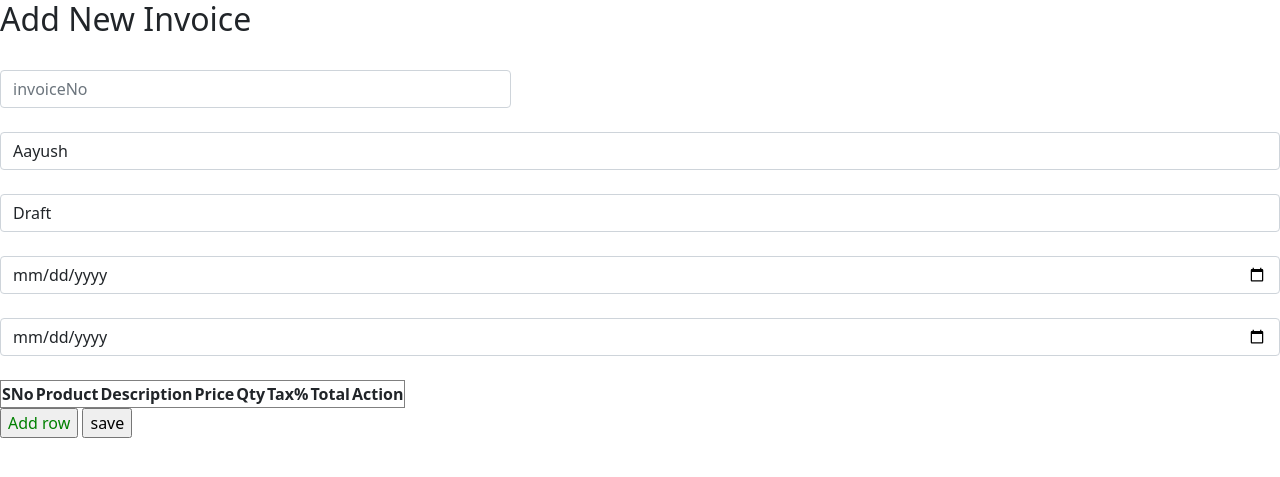
Repository: Aayush13013/Invoice_Management_app
Page: http://localhost/invoiceInfo/WEB-INF/jsp/new_invoiceInfo.jsp
The author's editor kept a copy of each file at every save. The page is drawn from the files as they stood at one save, then again after a run of saves.
The browser window is 1280 px wide. The pictures show the whole page.
The page is served by Tomcat 9. Nobody is signed in. Other server files are loaded and not shown. The template is opened directly, without the code that normally fills it, so the values that code supplies are empty.

Above is the page before, as saved 2021-12-27 15:52:08.

### invoiceInfo/invoiceInfo/src/main/webapp/WEB-INF/jsp/new_invoiceInfo.jsp
<%@ page language="java" contentType="text/html; charset=ISO-8859-1"
    pageEncoding="ISO-8859-1"%>
    <%@ taglib prefix="form" uri="http://www.springframework.org/tags/form"%>
	<%@ taglib prefix="c" uri="http://java.sun.com/jsp/jstl/core"%>


	<!DOCTYPE html>
<html>

<head>
    <meta charset="ISO-8859-1">
    <title>Add New Invoice</title>
    <link href="https://cdn.jsdelivr.net/npm/bootstrap@5.0.2/dist/css/bootstrap.min.css" rel="stylesheet"
        integrity="sha384-EVSTQN3/azprG1Anm3QDgpJLIm9Nao0Yz1ztcQTwFspd3yD65VohhpuuCOmLASjC" crossorigin="anonymous">


</head>

<body>
    <script>
        function addRows(id) {
            var table = document.getElementById(id);
            var array=["Computer","Mobile","PenDrive","Mouse"];

            var rowCount = table.rows.length;
            var row = table.insertRow(rowCount);
            var counts = rowCount-1;


            var cell0 = row.insertCell(0);
            cell0.innerHTML = rowCount ;


            var cell1 = row.insertCell(1);
            var element1 = document.createElement("select");
            element1.name="listOfProducts["+counts+"].productName";
            for(var i=0; i<array.length;i++){
            	var option = document.createElement("option");
            	option.value=array[i];
            	option.text=array[i];
            	element1.appendChild(option);
            }
            cell1.appendChild(element1);


            var cell2 = row.insertCell(2);
            var element2 = document.createElement("textarea");
            element2.type = "text";
            element2.name="listOfProducts["+counts+"].description";
            cell2.appendChild(element2);

            var cell3 = row.insertCell(3);
            var element3 = document.createElement("input");
            element3.type = "number";
            element3.name="listOfProducts["+counts+"].price";
            cell3.appendChild(element3);

            var cell4 = row.insertCell(4);
            var element4 = document.createElement("input");
            element4.type = "number";
            element4.name="listOfProducts["+counts+"].qty";
            cell4.appendChild(element4);

            var cell5 = row.insertCell(5);
            var element5 = document.createElement("input");
            element5.type = "number";
            element5.name="listOfProducts["+counts+"].taxPercent";
            cell5.appendChild(element5);

            var cell6 = row.insertCell(6);
            var element6 = document.createElement("input");
            element6.type = "number";
            element6.name="listOfProducts["+counts+"].total";
            cell6.appendChild(element6);


        }
    </script>


    <h2>Add New Invoice</h2><br>



    <form:form action="/saveInvoice" modelAttribute="invoiceInfo" method="POST">
        <form:hidden path="id" placeholder="id" class="form-control mb-4 col-4" />
		<div class="form-row">
		<div class="form-group col-md-2">
        <form:input type="text" path="invoiceNo" placeholder="invoiceNo" class="form-control mb-4 col-4" style="width:511px;"/>
		</div>
		</div>
        <form:select path="billTo"  class="form-control mb-4 col-4" required="required" >
        	<optgroup label="Select_Customer">
	        	<form:option value="Aayush"></form:option>
	        	<form:option value="Shridhar"></form:option>
	        	<form:option value="Suneel"></form:option>
	        	<form:option value="Lekhana"></form:option>
        	</optgroup>
        </form:select>

        <form:select  path="status" class="form-control mb-4 col-4" >
	        <optgroup label="Select_Status">
	        	<form:option value="Draft"></form:option>
	        	<form:option value="Sent"></form:option>
	        	<form:option value="Paid"></form:option>
        	</optgroup>
        </form:select>

        <form:input type="date" path="invoiceDate" placeholder="invoiceDate" class="form-control mb-4 col-4" />

        <form:input type="date" path="dueDate" placeholder="dueDate" class="form-control mb-4 col-4" />

        <table id="myTable"  border="1">
            <thead>
                <tr>
                    <th>SNo</th>
                    <th>Product</th>
                    <th>Description</th>
                    <th>Price</th>
                    <th>Qty</th>
                    <th>Tax%</th>
                    <th>Total</th>
                    <th>Action</th>
                </tr>

            </thead>

        </table>
        <input type="button" value="Add row" onclick="addRows('myTable')" style="color:green;" />
        <input type="submit" value="save" />
    </form:form>
</body>

</html>

After the next 2 saves:
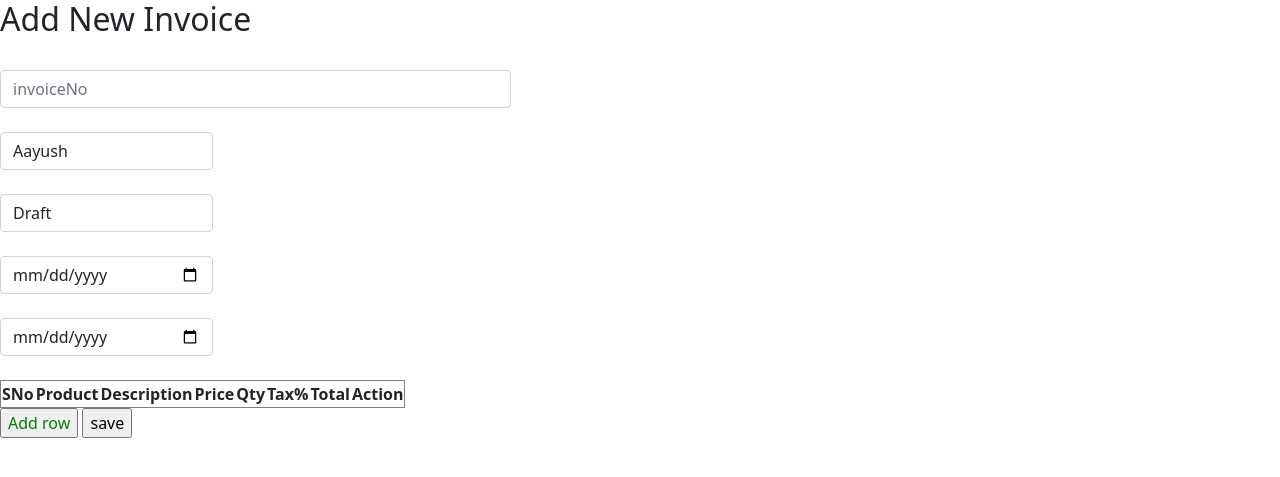
The 2 saves are shown as one change because they came seconds apart.
The last was saved 116 s later.
--- a/invoiceInfo/invoiceInfo/src/main/webapp/WEB-INF/jsp/new_invoiceInfo.jsp
+++ b/invoiceInfo/invoiceInfo/src/main/webapp/WEB-INF/jsp/new_invoiceInfo.jsp
@@ -86,9 +86,10 @@
         <form:hidden path="id" placeholder="id" class="form-control mb-4 col-4" />
 		<div class="form-row">
 		<div class="form-group col-md-2">
+
+
         <form:input type="text" path="invoiceNo" placeholder="invoiceNo" class="form-control mb-4 col-4" style="width:511px;"/>
-		</div>
-		</div>
+
         <form:select path="billTo"  class="form-control mb-4 col-4" required="required" >
         	<optgroup label="Select_Customer">
 	        	<form:option value="Aayush"></form:option>
